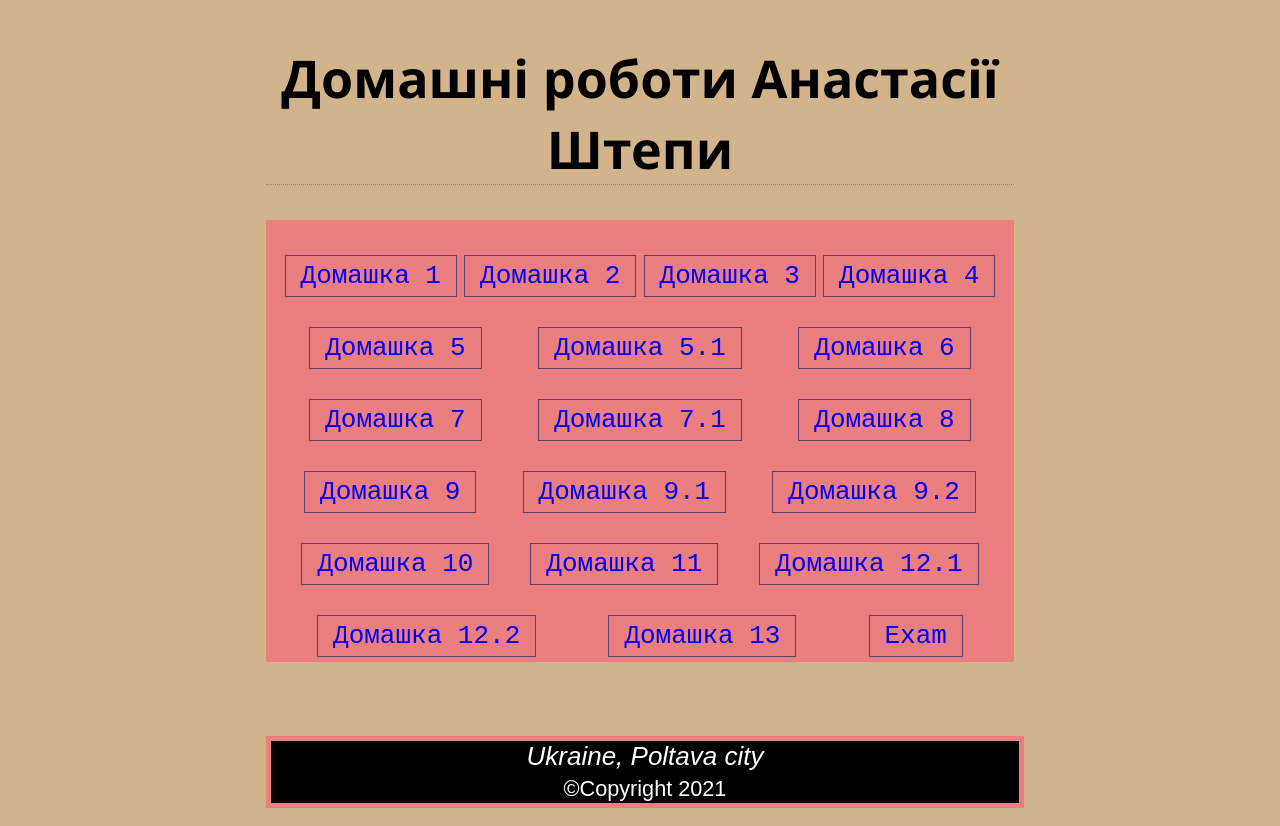
Repository: shtepaa/project-works.github.io
Page: index.html
These files come from the project's save history. The page is drawn as it stood at one moment and after the next save; the edit follows.
The browser window is 1280 px wide. The pictures show the part of the page from y = 318 to 1144 px (the page is 1144 px tall).

Above is the page before, as saved 2021-11-15 10:40:28.

### index.html
<!DOCTYPE html>
<html lang="en">
  <head>
    <meta charset="UTF-8" />
    <meta http-equiv="X-UA-Compatible" content="IE=edge" />
    <meta name="viewport" content="width=device-width, initial-scale=1.0" />
    <meta name="description" content="CV" />
    <meta
      name="author"
      content="Anastasiia Shtepa anastasiia.shtepa1990@gmail.com"
    />
    <title>Анастасия Штепа</title>
    <link type="text/css" rel="stylesheet" href="main.css" />
    <link rel="shortcut icon" href="./images/logo.png" type="image/png" />
  </head>
  <body>
    <!--Youtube -->
    <iframe
      width="100%"
      height="300"
      src="https://www.youtube.com/embed/FII4DRuiLLI"
      title="YouTube video player"
      frameborder="0"
      allow="accelerometer; autoplay; clipboard-write; encrypted-media; gyroscope; picture-in-picture"
      allowfullscreen
    ></iframe>
    <br />
    <header>
    <h1><b>Домашні роботи Анастасії Штепи</b></h1></header>
    <!--Домашки -->
    <div class=" container cover-box">
        <div class="cover"><a href="./resume2/index.html">Домашка 1</a></div>

        <div class="cover"><a href="./lesson-3-HTML5/lesson3.html">Домашка 2</a></div>

        <div class="cover"><a href="./lesson-4hard simple/simple/">Домашка 3</a></div>

        <div class="cover">
          <a href="./lesson-4hard simple/hard2/index.html">Домашка 4</a>
        </div>
        <div class="cover">
          <a href="./lesson-5-Figma/index.html">Домашка 5</a>
        </div>
        <div class="cover">
          <a href="./lesson 5.1 Photoshop/index.html">Домашка 5.1</a>
        </div>
        <div class="cover">
          <a href="./lesson 7/index.html">Домашка 6</a>
        </div>
        <div class="cover">
          <a href="./lesson-77/index.html">Домашка 7</a>
        </div>
        <div class="cover">
          <a href="./lesson-7.1/index.html">Домашка 7.1</a>
        </div>
        <div class="cover">
          <a href="./Les-8/index.html">Домашка 8</a>
        </div>
        <div class="cover">
          <a href="./lessons-9/index.html">Домашка 9</a>
        </div>
        <div class="cover">
          <a href="./lessons9.1/index.html">Домашка 9.1</a>
        </div>
        <div class="cover">
          <a href="./lessons- 9.2/index.html">Домашка 9.2</a>
        </div>

        <div class="cover">
          <a href="./lesson-10-homework/index.html">Домашка 10</a>
        </div>
        <div class="cover">
          <a href="./lesson-11-homework/index.html">Домашка 11</a>
        </div>
        <div class="cover">
          <a href="./lesson-12.1/index.html">Домашка 12.1</a>
        </div>
        <div class="cover">
          <a href="./lesson-12.2/index.html">Домашка 12.2</a>
        </div>
        <div class="cover">
          <a href="./lesson-13-home-work/index.html">Домашка 13</a>
        </div>
        <div class="cover">
          <a href="./game-store-main/war-star-exam/index.html">Exam</a>
        </div>
      </div>

    <!-- Локація -->
    <footer>
      <address>Ukraine, Poltava city</address>
      <small> &copy;Copyright 2021 </small>
    </footer>
  </body>
</html>

### main.css
@font-face {
  font-family: "Emblema One";
  src: url("./EmblemaOne-Regular.woff"), url("./EmblemaOne-Regular.ttf");
}

body {
  color: #000000;
  background-color: #d2b48c;
  margin-left: 20%;
  margin-right: 20%;
  padding: 10px 10px 10px 10px;
  font-family: sans-serif;
  font-size: 26px;
}

h1 {
  font-family: "Segoe UI", Tahoma, sans-serif;
  color: #000000;
  border-bottom: thin dotted #888888;
  text-align: center;
}

div {
  font-family: monospace, monospace;
  text-align: center;
  padding: 5px 15px; /* Поля */
  text-decoration: none; /* Убираем подчёркивание */
  color: #000; /* Цвет текста */
  background-color: #eb7e7f;

  margin-top: 30px;
}
div:hover {
  box-shadow: 0 0 5px rgba(0, 0, 0, 0.3); /* Тень */
  background: linear-gradient(
    to bottom,
    #623f6e,
    hsl(322, 38%, 86%)
  ); /* Градиент */
  color: #a00;
}
.cover {
  border: 1px solid #623f6e; /* Рамка */
  display: inline-block;
  padding: 5px 15px; /* Поля */
  text-decoration: none; /* Убираем подчёркивание */
  color: #000; /* Цвет текста */
  background-color: #eb7e7f;
}
.cover:hover {
  box-shadow: 0 0 5px rgba(0, 0, 0, 0.3); /* Тень */
  background: linear-gradient(to bottom, #fcfff4, #e9e9ce); /* Градиент */
  color: #a00;
}
.container {
  display: flex;
  flex-wrap: wrap;
  justify-content: space-around;
  align-items: flex-start;
}
footer {
  color: #ffffff;
  margin: 5px;
  border: 5px solid #eb7e7f;
  background-color: #000000;
  width: 100%;
  text-align: center;
  margin-top: 10%;
  margin-right: 0%;
  margin-bottom: 0%;
  margin-left: 0%;
}
a {
  text-decoration: none;
}

After the next save:
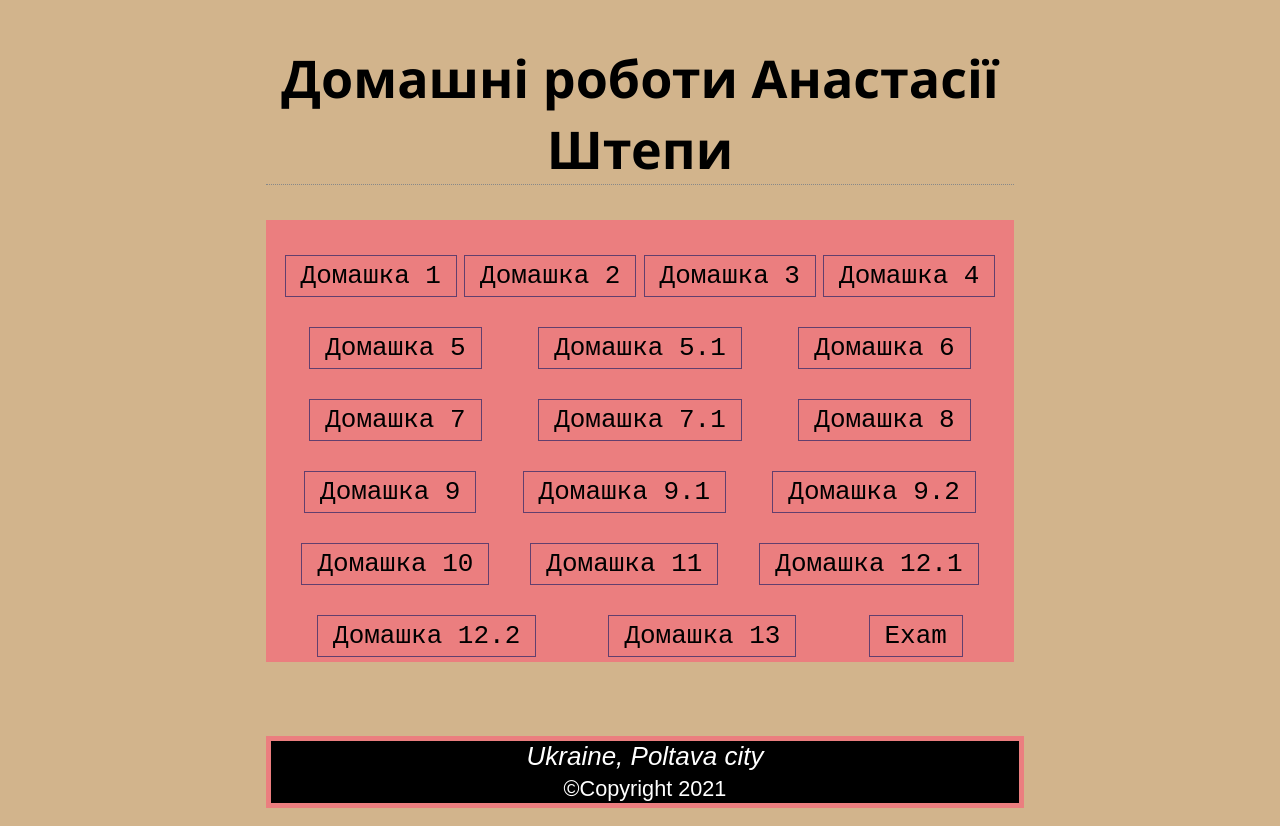
Saved 36 s later.
--- a/main.css
+++ b/main.css
@@ -72,4 +72,5 @@ footer {
 }
 a {
   text-decoration: none;
+  color: #000;
 }
